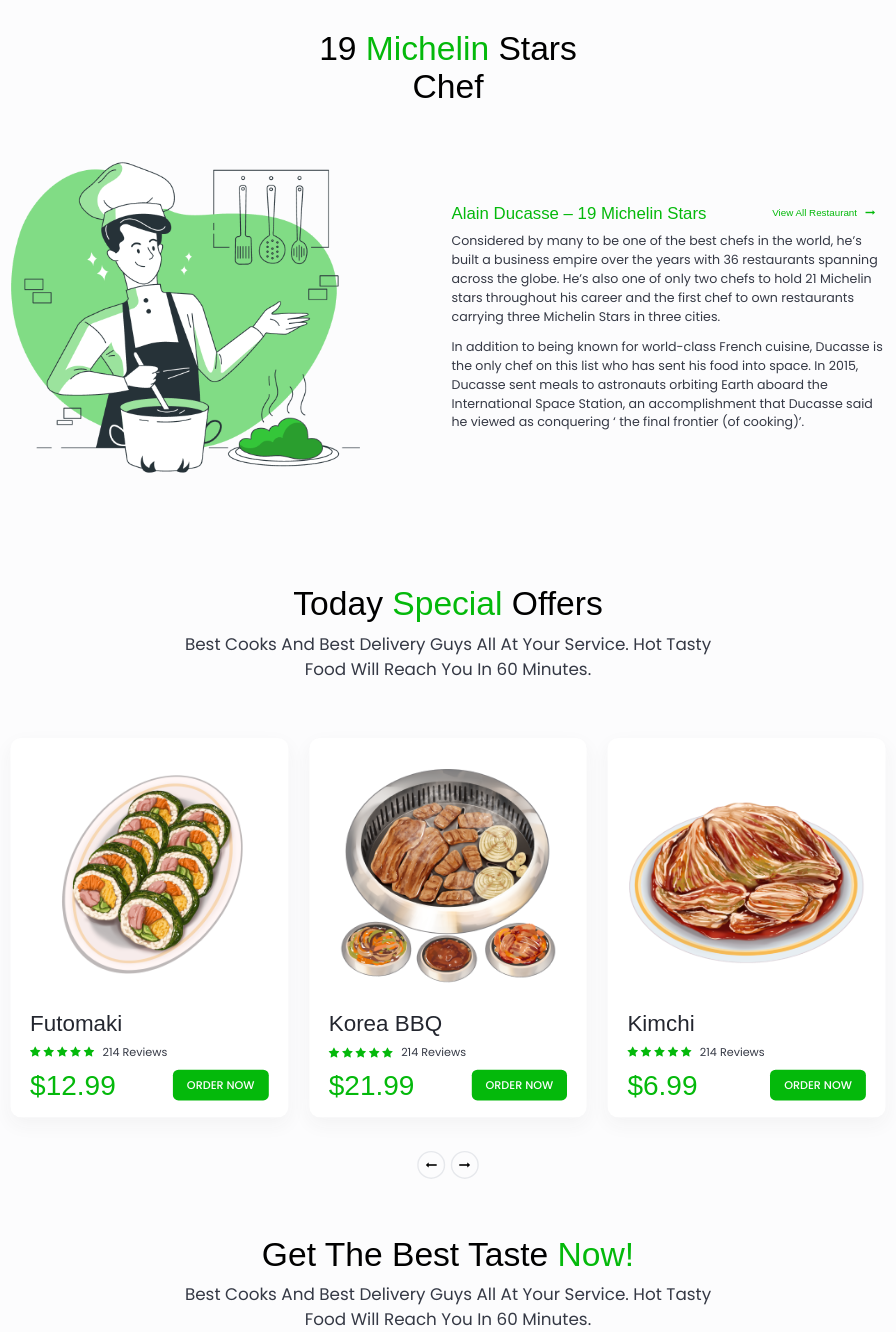
Repository: Toan3333/fooz
Page: index.html
These files come from the project's save history. The page is drawn as it stood at one moment and after the next save; the edit follows.
The browser window is 1280 px wide. The pictures show the part of the page from y = 1583 to 3503 px (the page is 3486 px tall before and 3503 px after), at 70% of full size.
Some web fonts or font styles are not loaded; a fallback is used.

Above is the page before, as saved 2023-05-19 10:59:32.

After the next save:
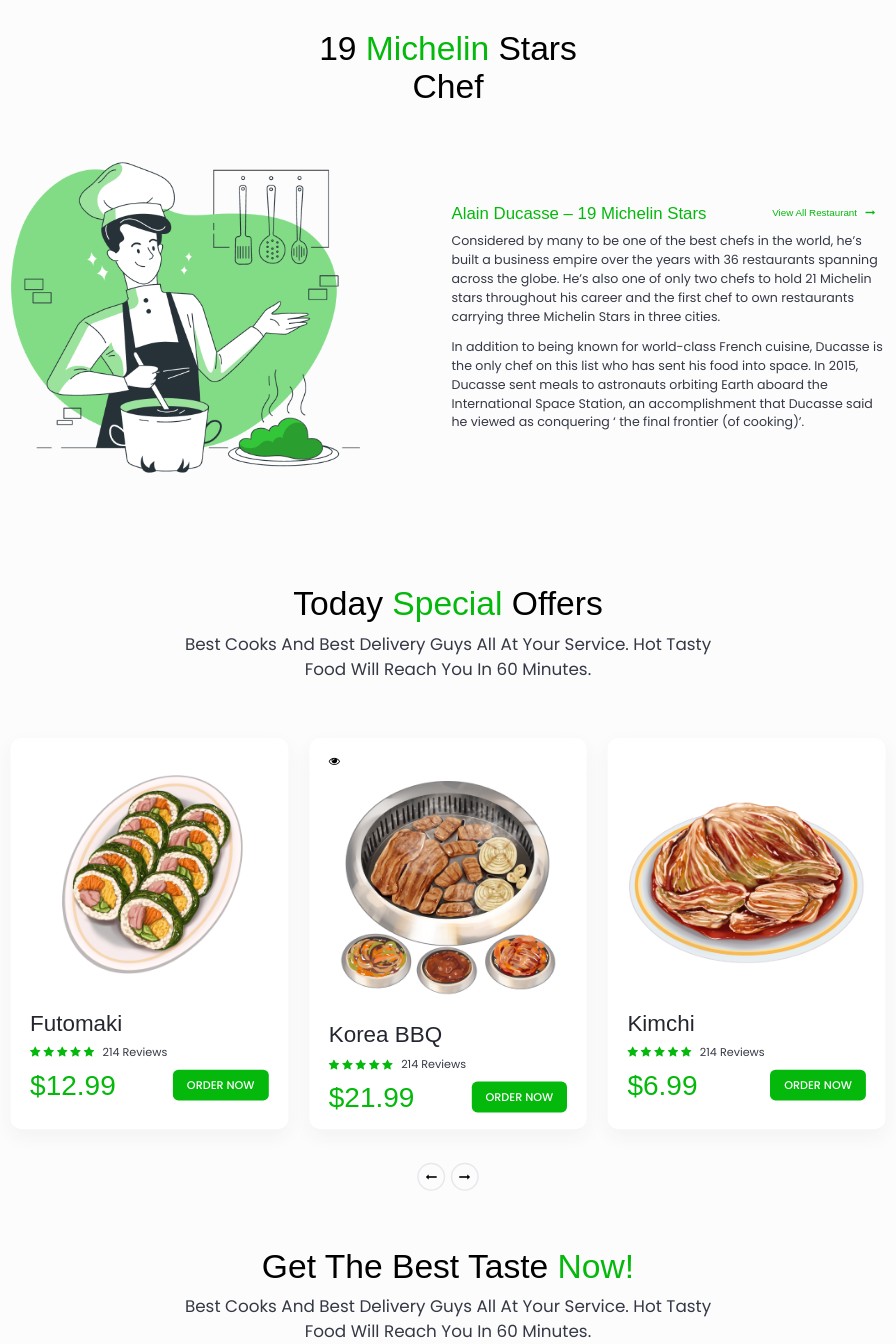
Saved 3 min 6 s later.
--- a/index.html
+++ b/index.html
@@ -289,6 +289,7 @@
             </div>
             <div class="special-item">
               <div class="special-image">
+                <i class="fa fa-eye" aria-hidden="true"></i>
                 <img src="./assets/images/special-2.png" alt="" />
               </div>
               <div class="special-title">Korea BBQ</div>
